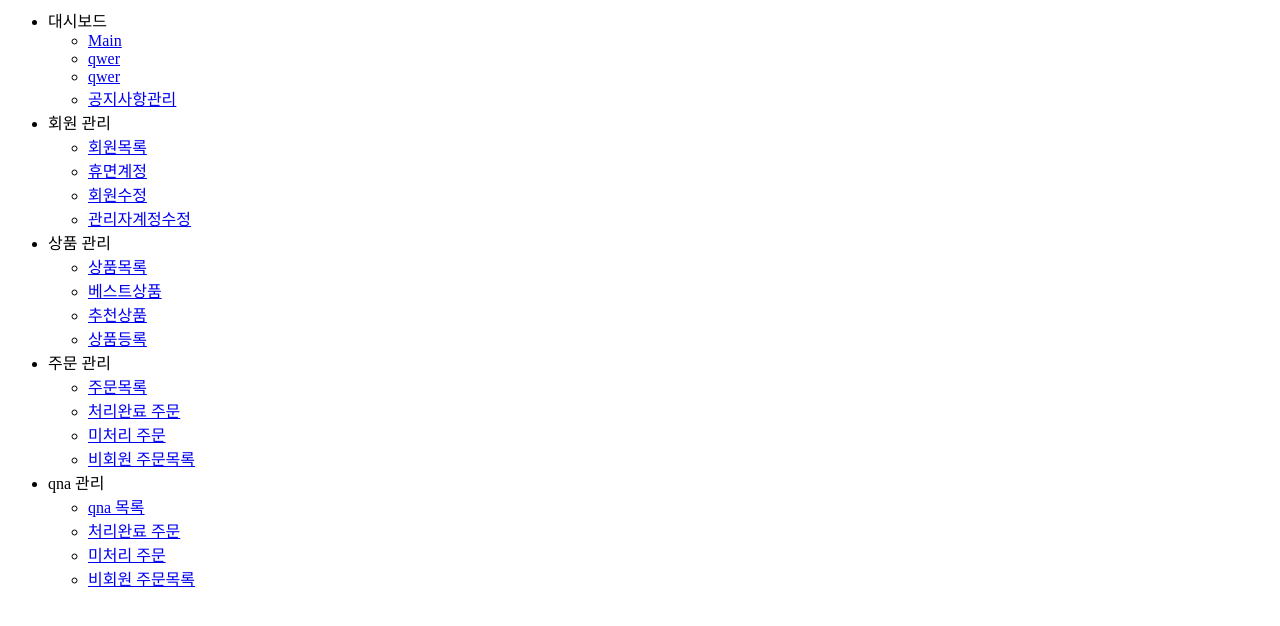
Repository: GreenShrew/SmallProject
Page: http://localhost/BookStore/admin/adminFooter.jsp
An editor plug-in stored every save of this project. The page is shown before and after the next save, followed by the edit.
The browser window is 1280 px wide. The pictures show the whole page.
The page is served by Tomcat 9.

Above is the page before, as saved 2022-02-22 03:06:08.

After the next save:
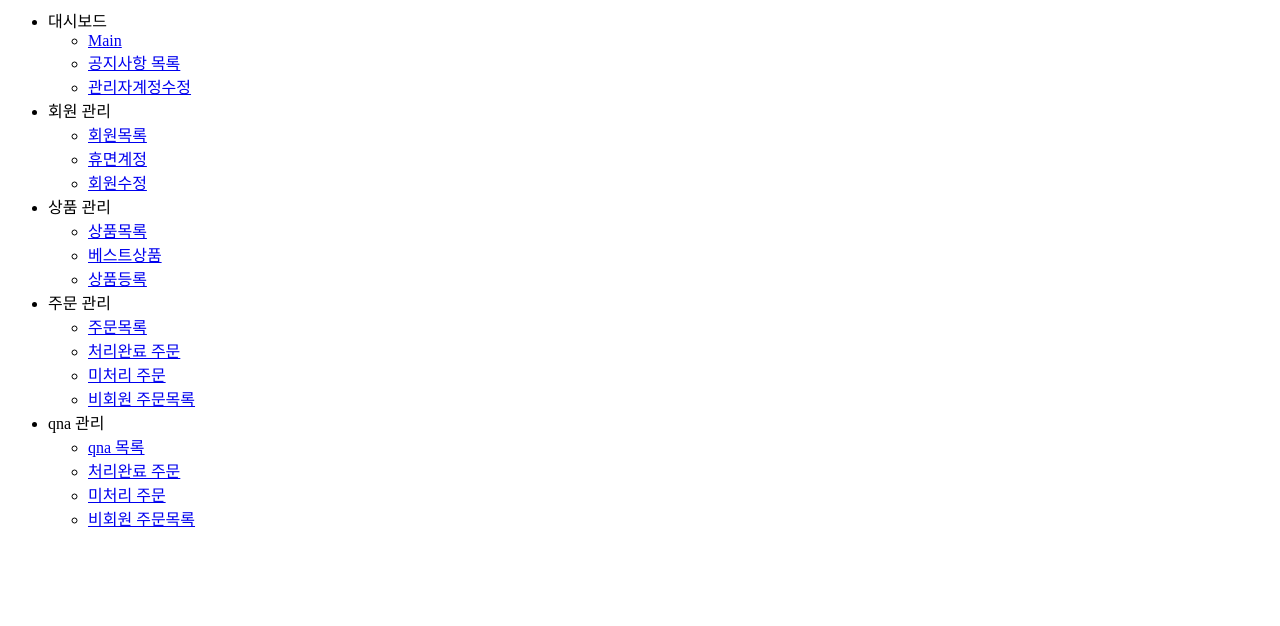
Saved 14 s later.
--- a/BookStore/src/main/webapp/admin/adminFooter.jsp
+++ b/BookStore/src/main/webapp/admin/adminFooter.jsp
@@ -9,10 +9,9 @@
 				<div class="listbutton"></div>
 			</div>
 			<ul>
-				<li><a href="#">Main</a></li>
-				<li><a href="#">qwer</a></li>
-				<li><a href="#">qwer</a></li>
-				<li><a href="#">공지사항관리</a></li>
+				<li><a href="bs.do?cmd=adminMain">Main</a></li>
+				<li><a href="bs.do?cmd=adminNoticeList">공지사항 목록</a></li>
+				<li><a href="bs.do?cmd=adminAdminMemUpdate">관리자계정수정</a></li>
 			</ul>
 		</li>
 		<li class="sideList">
@@ -21,10 +20,9 @@
 				<div class="listbutton"></div>
 			</div>
 			<ul>
-				<li><a href="#">회원목록</a></li>
-				<li><a href="#">휴면계정</a></li>
-				<li><a href="#">회원수정</a></li>
-				<li><a href="#">관리자계정수정</a></li>
+				<li><a href="bs.do?cmd=adminMemberList">회원목록</a></li>
+				<li><a href="bs.do?cmd=adminMemberList&key=n">휴면계정</a></li>
+				<li><a href="bs.do?cmd=adminMemberUpdate">회원수정</a></li>
 			</ul>
 		</li>
 		<li class="sideList">
@@ -33,10 +31,9 @@
 				<div class="listbutton"></div>
 			</div>
 			<ul>
-				<li><a href="#">상품목록</a></li>
-				<li><a href="#">베스트상품</a></li>
-				<li><a href="#">추천상품</a></li>
-				<li><a href="#">상품등록</a></li>
+				<li><a href="bs.do?cmd=adminProductList&sub=y">상품목록</a></li>
+				<li><a href="bs.do?cmd=adminProductBestList">베스트상품</a></li>
+				<li><a href="bs.do?cmd=adminProductUpload">상품등록</a></li>
 			</ul>
 		</li>
 		<li class="sideList">
@@ -46,9 +43,9 @@
 			</div>
 			<ul>
 				<li><a href="bs.do?cmd=adminOrderList">주문목록</a></li>
-				<li><a href="#">처리완료 주문</a></li>
-				<li><a href="#">미처리 주문</a></li>
-				<li><a href="#">비회원 주문목록</a></li>
+				<li><a href="bs.do?cmd=adminOrderList&key=2">처리완료 주문</a></li>
+				<li><a href="bs.do?cmd=adminOrderList&key=1">미처리 주문</a></li>
+				<li><a href="bs.do?cmd=adminNMOrderList">비회원 주문목록</a></li>
 			</ul>
 		</li>
 		<li class="sideList">
@@ -57,7 +54,7 @@
 				<div class="listbutton"></div>
 			</div>
 			<ul>
-				<li><a href="#">qna 목록</a></li>
+				<li><a href="bs.do?cmd=adminQnaList">qna 목록</a></li>
 				<li><a href="#">처리완료 주문</a></li>
 				<li><a href="#">미처리 주문</a></li>
 				<li><a href="#">비회원 주문목록</a></li>
